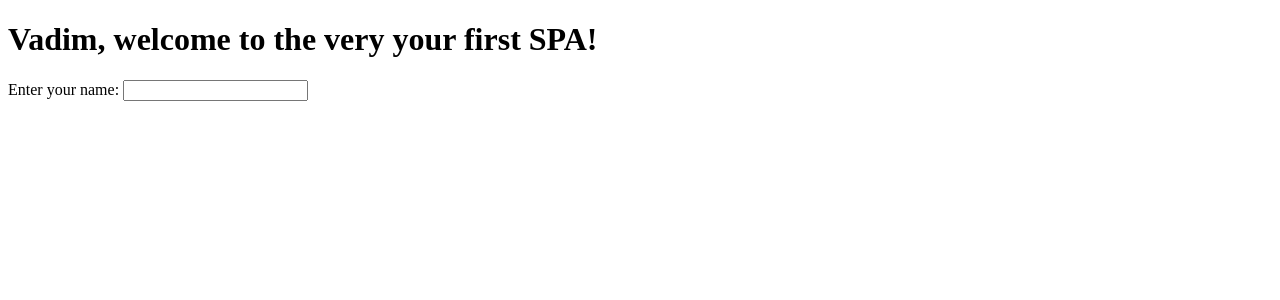
Repository: VadimZubchenko/mySinglePageApp
Page: public/index.html
An editor plug-in stored every save of this project. The page is shown before and after the next save, followed by the edit.
The browser window is 1280 px wide. The pictures show the whole page.

Above is the page before, as saved 2022-04-30 22:20:05.

### public/index.html
<!DOCTYPE html>
<html lang="en">
<head>
  <meta charset="UTF-8">
  <meta http-equiv="X-UA-Compatible" content="IE=edge">
  <meta name="viewport" content="width=device-width, initial-scale=1.0">
  <title>Single-page Application</title>
  <script src="script.js"></script>
</head>
<body>
  <h1>Vadim, welcome to the very your first SPA!</h1>
  <div id="anchor"></div>
</body>
</html>

### public/script.js
window.onload = function () {
  creatForm();
};

creatForm = () => {
  let anchor = document.getElementById("anchor");
  let form = document.createElement("form");
  form.setAttribute("id", "form");

  let inputName = document.createElement("input");
  // create input element
  inputName.setAttribute("type", "text");
  inputName.setAttribute("id", "inputname");
  inputName.setAttribute("name", "inputname");

  //create label of input
  let labelName = document.createElement("labelName");
  labelName.setAttribute("id", "inputName");
  labelName.setAttribute("for", "inputName");
  //text for <label>Enter your name:</laber>
  let textName = document.createTextNode("Enter your name: ");
  labelName.appendChild(textName);

  form.appendChild(labelName);
  form.appendChild(inputName);
  anchor.appendChild(form);
};

After the next save:
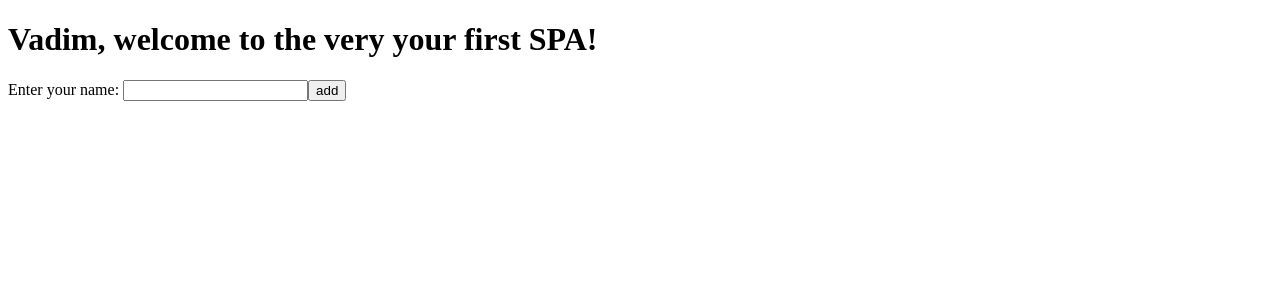
Saved 3 min 45 s later.
--- a/public/script.js
+++ b/public/script.js
@@ -24,4 +24,11 @@ creatForm = () => {
   form.appendChild(labelName);
   form.appendChild(inputName);
   anchor.appendChild(form);
+
+  let button = document.createElement("input");
+  button.setAttribute("type", "submit");
+  button.setAttribute("id", "button");
+  button.setAttribute("value", "add");
+
+  form.appendChild(button);
 };
